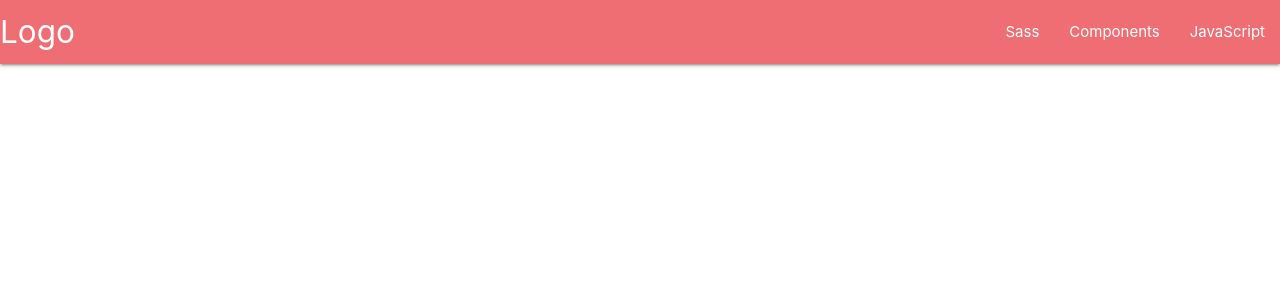
Repository: umarrg/crud-app-ejs-and-nodejs
Page: public/index.html
An editor plug-in stored every save of this project. The page is shown before and after the next save, followed by the edit.
The browser window is 1280 px wide. The pictures show the whole page.

Above is the page before, as saved 2020-12-24 17:08:26.

After the next save:
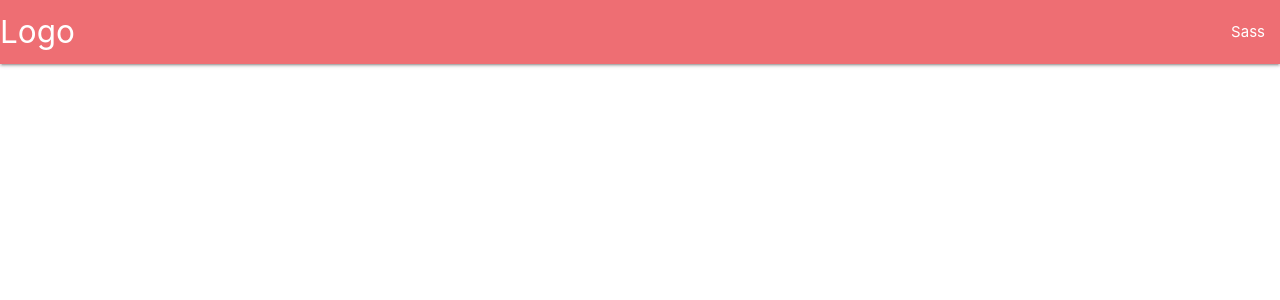
Saved 11 s later.
--- a/public/index.html
+++ b/public/index.html
@@ -12,8 +12,7 @@
           <a href="#" class="brand-logo">Logo</a>
           <ul id="nav-mobile" class="right hide-on-med-and-down">
             <li><a href="sass.html">Sass</a></li>
-            <li><a href="badges.html">Components</a></li>
-            <li><a href="collapsible.html">JavaScript</a></li>
+
           </ul>
         </div>
       </nav>
